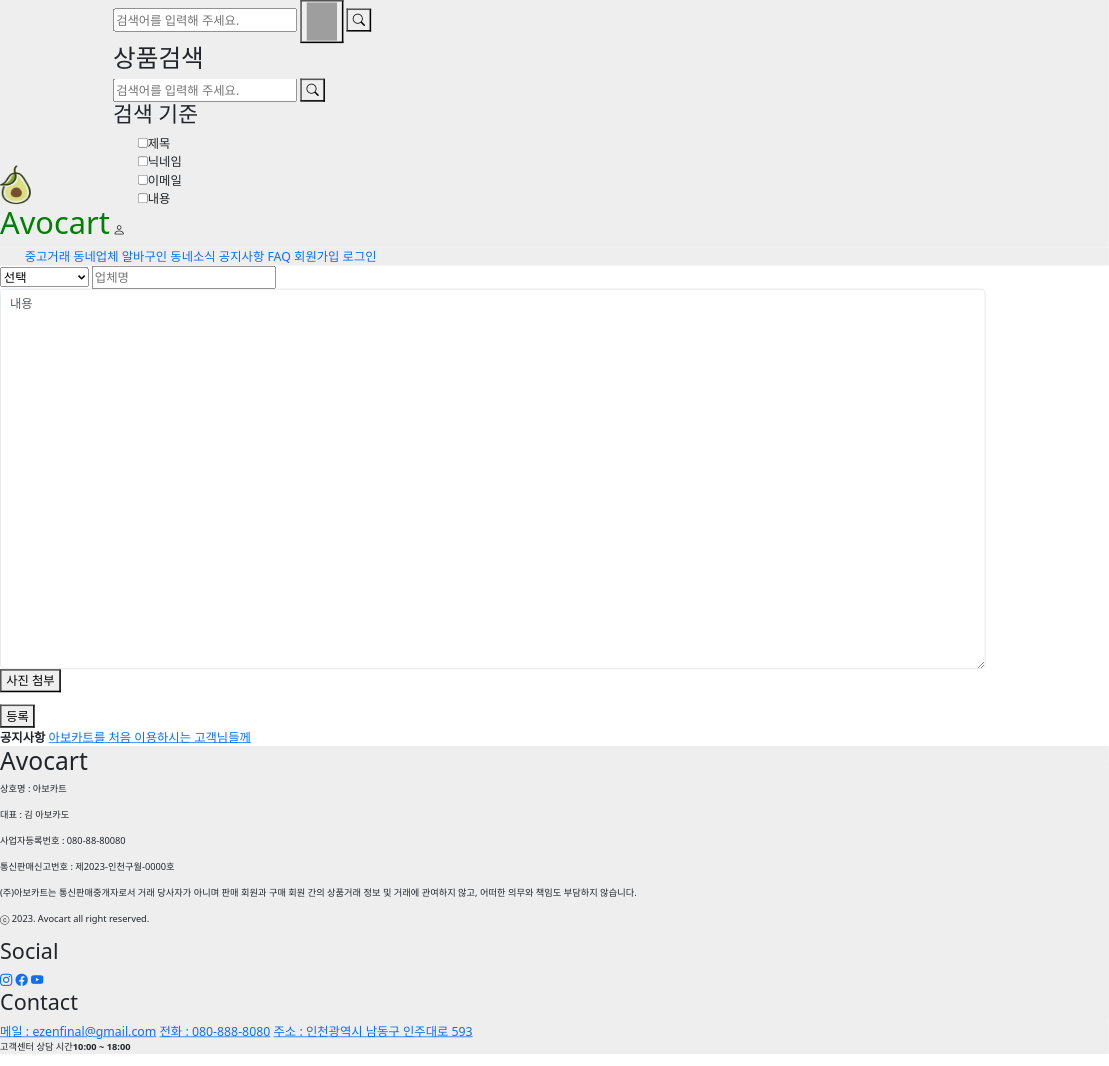
Repository: kimms0311/finalProject
Page: http://localhost/finalProject/WEB-INF/views/store/register.jsp
These files come from the project's save history. The page is drawn as it stood at one moment and after the next save; the edit follows.
The browser window is 1280 px wide. The page is 1440 px wide, so the pictures cover 1440 px, including what lies to the right of the window. The pictures show the whole page, at 77% of full size.
Pictures or frames that could not be fetched are drawn as grey boxes. The page is served by Tomcat 9. Nobody is signed in. Other server files are loaded and not shown. The template is opened directly, without the code that normally fills it, so the values that code supplies are empty.

Above is the page before, as saved 2023-11-15 12:31:45.

### finalProject/src/main/webapp/WEB-INF/views/store/register.jsp
<%@ page language="java" contentType="text/html; charset=UTF-8"
    pageEncoding="UTF-8"%>
<!DOCTYPE html>
<html>
<head>
<meta charset="UTF-8">
<title>Store Register</title>
<link rel="stylesheet" href="../resources/css/page.css">
</head>
<body>
<jsp:include page="../common/header.jsp" />
<form action="/store/register" method="post" enctype="multipart/form-data">
<div>
<input type="hidden" name="proCategory" value="store">
<select name="menu">
	<option disabled="disabled" selected="selected">선택</option>
	<option value="lesson">과외/클래스</option>
	<option value="pet">반려동물</option>
	<option value="hospital">병원/약국</option>
	<option value="beauty">뷰티샵</option>
	<option value="laundry">세탁소</option>
	<option value="repair">수리</option>
	<option value="sport">운동</option>
	<option value="baby">육아</option>
	<option value="eatery">음식점</option>
	<option value="move">이사/용달</option>
	<option value="interior">인테리어 시공</option>
	<option value="clean">청소</option>
	<option value="hobby">취미</option>
	<option value="cafe">카페/디저트</option>
</select>
<input type="text" name="title" id ="t" placeholder="업체명">
<textarea placeholder="내용" class="form-control" name="content" id="c" rows="20"></textarea>

<input type="file" class="form-control" name="pictures" id="files" style="display:none;" multiple="multiple">
<button type="button" id="trigger">사진 첨부</button>
<div class="mb-3" id="pictureZone">
<!-- 첨부파일 영역 -->
</div>
<button type="submit" id="regBtn">등록</button>
</div>
</form>
<script type="text/javascript">
</script>
<jsp:include page="../common/footer.jsp" />
</body>
</html>

### finalProject/src/main/webapp/WEB-INF/views/common/header.jsp
<%@ page language="java" contentType="text/html; charset=UTF-8"
    pageEncoding="UTF-8"%>
<%@ taglib uri="http://java.sun.com/jsp/jstl/core" prefix="c"%>
<%@ taglib uri="http://www.springframework.org/security/tags" prefix="sec" %>
<!DOCTYPE html>
<html>
<head>
<meta charset="UTF-8">
<title>Insert title here</title>
<link rel="stylesheet" href="../resources/css/page.css">
<link href="https://cdn.jsdelivr.net/npm/bootstrap@5.3.1/dist/css/bootstrap.min.css" rel="stylesheet" integrity="sha384-4bw+/aepP/YC94hEpVNVgiZdgIC5+VKNBQNGCHeKRQN+PtmoHDEXuppvnDJzQIu9" crossorigin="anonymous">
<script src="https://cdn.jsdelivr.net/npm/bootstrap@5.3.1/dist/js/bootstrap.bundle.min.js" integrity="sha384-HwwvtgBNo3bZJJLYd8oVXjrBZt8cqVSpeBNS5n7C8IVInixGAoxmnlMuBnhbgrkm" crossorigin="anonymous"></script>
<link rel="stylesheet" href="https://cdn.jsdelivr.net/npm/bootstrap-icons@1.10.5/font/bootstrap-icons.css">
</head>
<body>

<div class="headerContainer">
   <header>
      <div class="logoSec">
         <img alt="logo" src="../resources/image/avocartLogo.png">
         <h1><a href="/">Avocart</a></h1>
      </div>
      <div class="searchSec">
         <form action="/common/search" method="post">
            <input type="search" id="searchInput" placeholder="검색어를 입력해 주세요.">
            <button type="button"><img width="24" height="24" src="https://img.icons8.com/plumpy/24/macos-close.png" alt="macos-close"/></button>
            <button type="button" class="openMenu">
               <i class="bi bi-search"></i>
            </button>
            <div class="searchMenu off">
               <h2>상품검색</h2>
               <input type="search" id="keyword" name="keyword" placeholder="검색어를 입력해 주세요.">
               <button type="submit">
                  <i class="bi bi-search"></i>
               </button>
               <h3>검색 기준</h3>
               <ul>
                  <li><input type="checkbox" name="srcCondit" id="ck_title" value="title"><label for="ck_title">제목</label></li>
                  <li><input type="checkbox" name="srcCondit" id="ck_nickname" value="nickname"><label for="ck_nickname">닉네임</label></li>
                  <li><input type="checkbox" name="srcCondit" id="ck_email" value="email"><label for="ck_email">이메일</label></li>
                  <li><input type="checkbox" name="srcCondit" id="ck_content" value="content"><label for="ck_content">내용</label></li>
               </ul>
               <!-- <h3>게시판 선택</h3>
               <ul>
                  <li><input type="checkbox" name="srcCondit" id="title" value="title"><label for="title">제목</label></li>
                  <li><input type="checkbox" name="srcCondit" id="nickname" value="nickname"><label for="nickname">닉네임</label></li>
                  <li><input type="checkbox" name="srcCondit" id="email" value="email"><label for="email">이메일</label></li>
                  <li><input type="checkbox" name="srcCondit" id="content" value="content"><label for="content">내용</label></li>
               </ul> -->
               <!-- <button type="button" id="checkCondit">확인</button> -->
            </div>
         </form>
         <i id="my" class="bi bi-person"></i>
         <!-- 로그인 후 오픈되어야 할 메뉴 -->
         <sec:authorize access="isAuthenticated()">
           <sec:authentication property="principal.mvo.memEmail" var="authEmail" />
            <div id="myMenu" class="off">
               <ul>
                  <li><a href="/hmember/detail?memEmail=${authEmail }">마이페이지</a></li>
                  <li><a href="#" id="logoutLink">로그아웃</a></li>
                  <form action="/member/logout" method="post" id="logoutForm">
                       <input type="hidden" name="memEmail" value="${authEmail }">
                  </form>
               </ul>
            </div>
         </sec:authorize>
      </div>
   </header>
   <nav>
      <ul>
         <li><a href="/joongo/list">중고거래</a></li>
         <li><a href="/store/list">동네업체</a></li>
         <li><a href="/job/list">알바구인</a></li>
         <li><a href="/community/list">동네소식</a></li>
         <li><a href="#">공지사항</a></li>
         <li><a href="#">FAQ</a></li>

           <!-- 로그인 전 오픈되어야 할 메뉴 -->
         <sec:authorize access="isAnonymous()">
            <li><a href="/member/register">회원가입</a></li>
            <li><a href="/member/login">로그인</a></li>
         </sec:authorize>
      </ul>
   </nav>
</div>

<script type="text/javascript" src="/resources/js/header.js"></script>
</body>
</html>

### finalProject/src/main/webapp/WEB-INF/views/common/footer.jsp
<%@ page language="java" contentType="text/html; charset=UTF-8"
    pageEncoding="UTF-8"%>
<!DOCTYPE html>
<html>
<head>
<meta charset="UTF-8">
<title>Insert title here</title>
</head>
<body>
<footer>
	<section class="infoSec">
		<div>
			<b>공지사항</b>
			<a href="#">아보카트를 처음 이용하시는 고객님들께</a>
		</div>
	</section>
	<div class="footerContainer">
		<div class="mainSec">
			<h2>Avocart</h2>
			<p>상호명 : 아보카트</p>
			<p>대표 : 김 아보카도</p>
			<p>사업자등록번호 : 080-88-80080</p>
			<p>통신판매신고번호 : 제2023-인천구월-0000호</p>
			<p>(주)아보카트는 통신판매중개자로서 거래 당사자가 아니며 판매 회원과 구매 회원 간의 상품거래 정보 및 거래에 관여하지 않고, 어떠한 의무와 책임도 부담하지 않습니다.</p>
			<p>ⓒ 2023. Avocart all right reserved.</p>
		</div>
		<div class="socialSec">
			<h3>Social</h3>
			<a href="#"><i class="bi bi-instagram"></i></a>
			<a href="#"><i class="bi bi-facebook"></i></a>
			<a href="#"><i class="bi bi-youtube"></i></a>
		</div>
		<div class="contactSec">
			<h3>Contact</h3>
			<a href="mailto:ezenFinal@gmail.com">메일 : ezenfinal@gmail.com</a>
			<a href="tel:080-888-8080">전화 : 080-888-8080</a>
			<a href="https://kko.to/k2pByw0PdA" target="_blank">주소 : 인천광역시 남동구 인주대로 593</a>
			<p>고객센터 상담 시간<b>10:00 ~ 18:00</b></p>
		</div>
	</div>
</footer>
</body>
</html>

### finalProject/src/main/webapp/resources/css/page.css
@import url("reset.css");
@import url("global.css");

### finalProject/src/main/webapp/resources/css/global.css
.headerContainer{
}
header{
	width: 1440px;
	margin: 0 auto;
	background-color: #eeeeee;
}
header>*{
	display: inline-block;
}
header img{
	width: 40px;
	height: 50px;
}
header h1 a{
	text-decoration: none;
	color: green;
}
nav{
	width: 1440px;
	margin: 0 auto;
	background-color: #eeeeee;

}
nav ul{
	display: inline;
}
nav ul li{
	display: inline-block;
}
nav ul li a{
	text-decoration: none;

}


.bodyContainer{
	margin: 0 auto;
	width: 1440px;
}

footer .footerContainer{
	margin: 0 auto;
	width: 1440px;
	background-color: #eeeeee;

}

footer{
}
footer p{
	display: block;
	font-size: 12px;
}

Loaded but not shown: finalProject/src/main/webapp/resources/css/reset.css (common file); finalProject/src/main/webapp/resources/js/header.js (no copy from this time; the picture is the same without it)

After the next save:
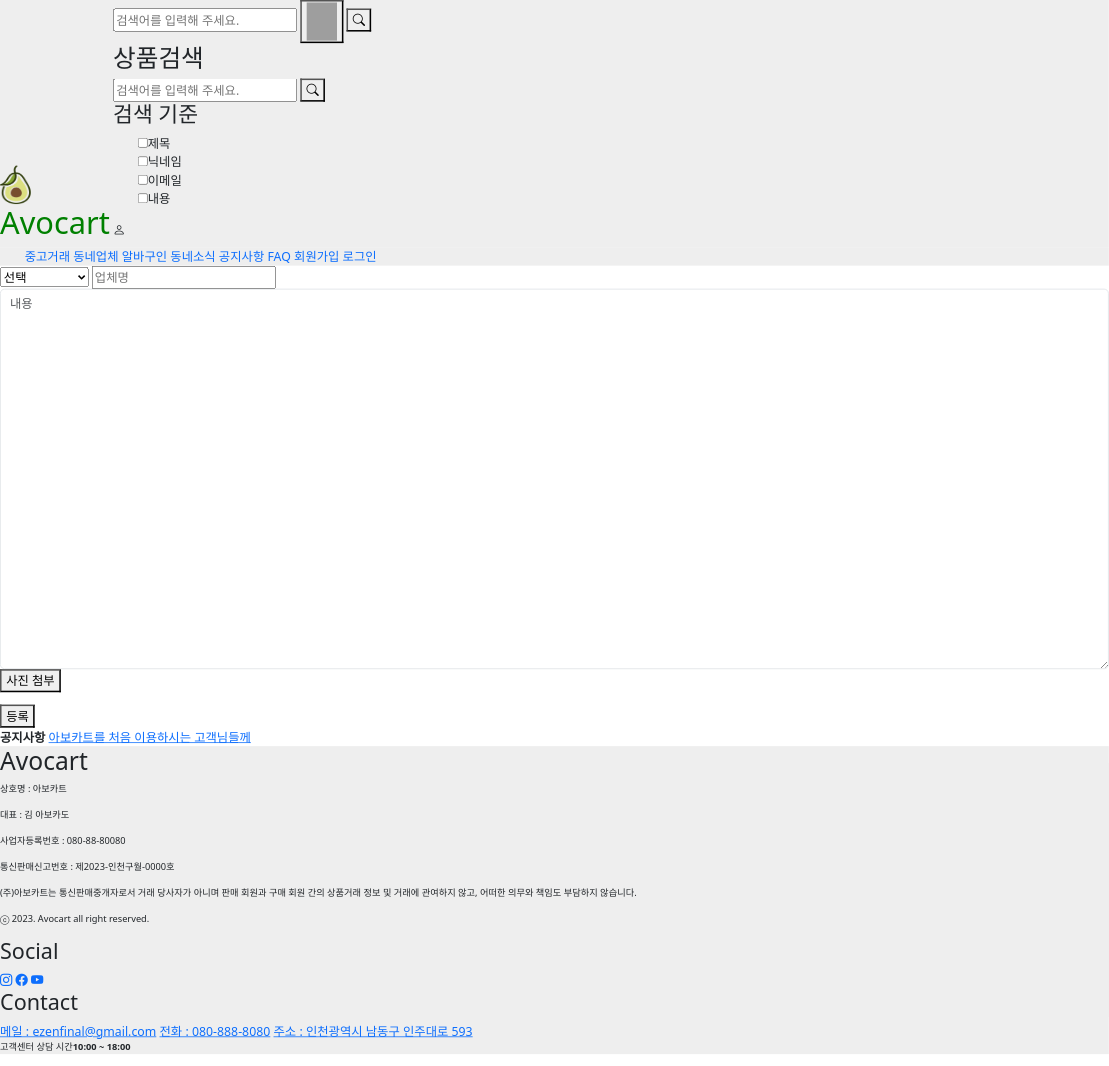
Saved 12 s later.
--- a/finalProject/src/main/webapp/WEB-INF/views/store/register.jsp
+++ b/finalProject/src/main/webapp/WEB-INF/views/store/register.jsp
@@ -10,7 +10,7 @@
 <body>
 <jsp:include page="../common/header.jsp" />
 <form action="/store/register" method="post" enctype="multipart/form-data">
-<div>
+<div class="bodyContainer">
 <input type="hidden" name="proCategory" value="store">
 <select name="menu">
 	<option disabled="disabled" selected="selected">선택</option>
